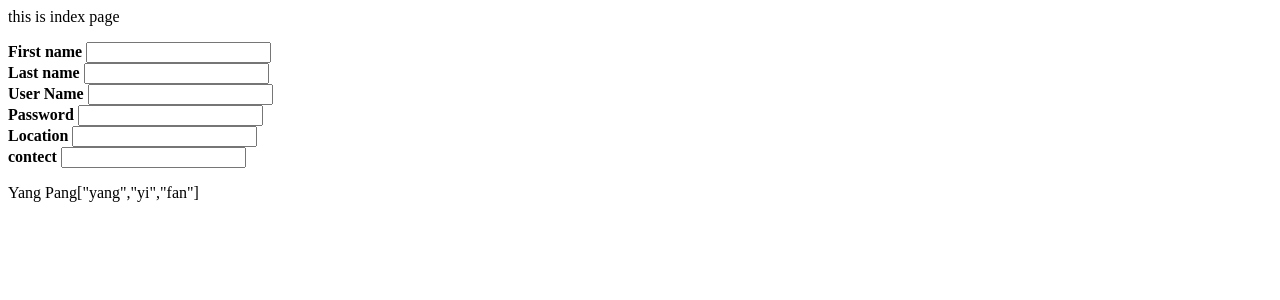
Repository: SeraYang/www
Page: http://localhost/app/index.php
These files come from the project's save history. The page is drawn as it stood at one moment and after the next save; the edit follows.
The browser window is 1280 px wide. The pictures show the whole page.
The page is run by PHP 8.4 with error messages shown; the project is at /var/www/html/.

Above is the page before, as saved 2016-01-28 03:24:35.

After the next save:
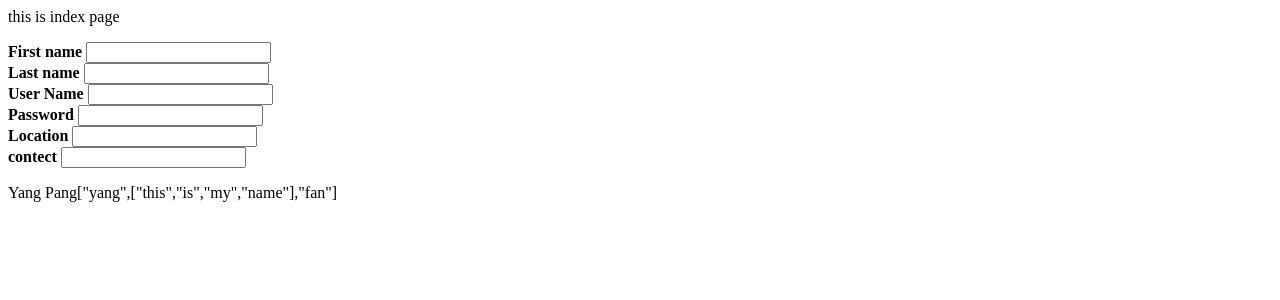
Saved 23 s later.
--- a/openhouse_app/app/index.php
+++ b/openhouse_app/app/index.php
@@ -32,7 +32,7 @@
             }
 
             $email = "yang@hofstra.com.edu";
-            $testarr = array('yang','yi','fan');
+            $testarr = array('yang',array('this','is','my','name'),'fan');
             echo json_encode($testarr);
             //print tablename($email);
         ?>
